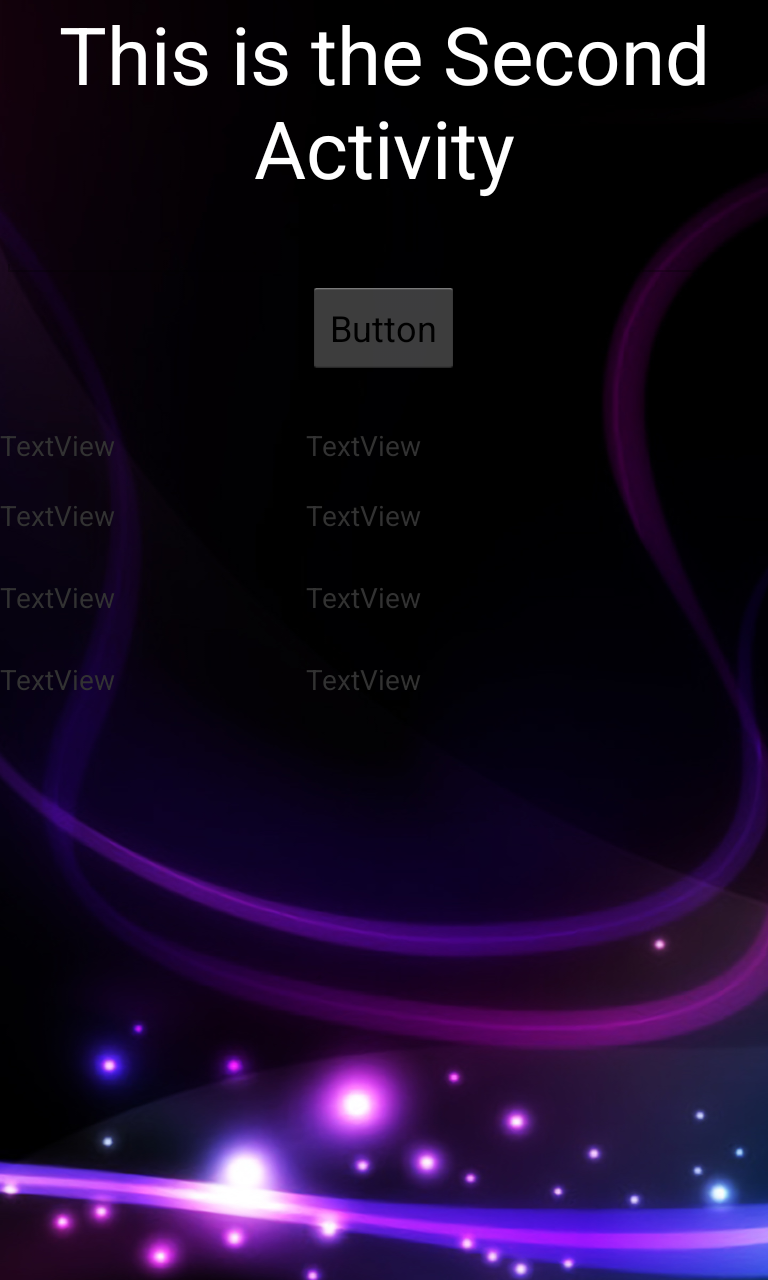
Repository: fsoDannis/workspace
Layout: findIt_3/res/layout/second.xml
The author's editor kept a copy of each file at every save. The layout is drawn from the files as they stood at one save, then again after the next save.
It is drawn on a 768 x 1280 px phone screen (xhdpi) without system bars, with theme AppTheme; the app's code is not run.

Above is the layout before, as saved 2013-02-01 03:28:44.

After the next save:
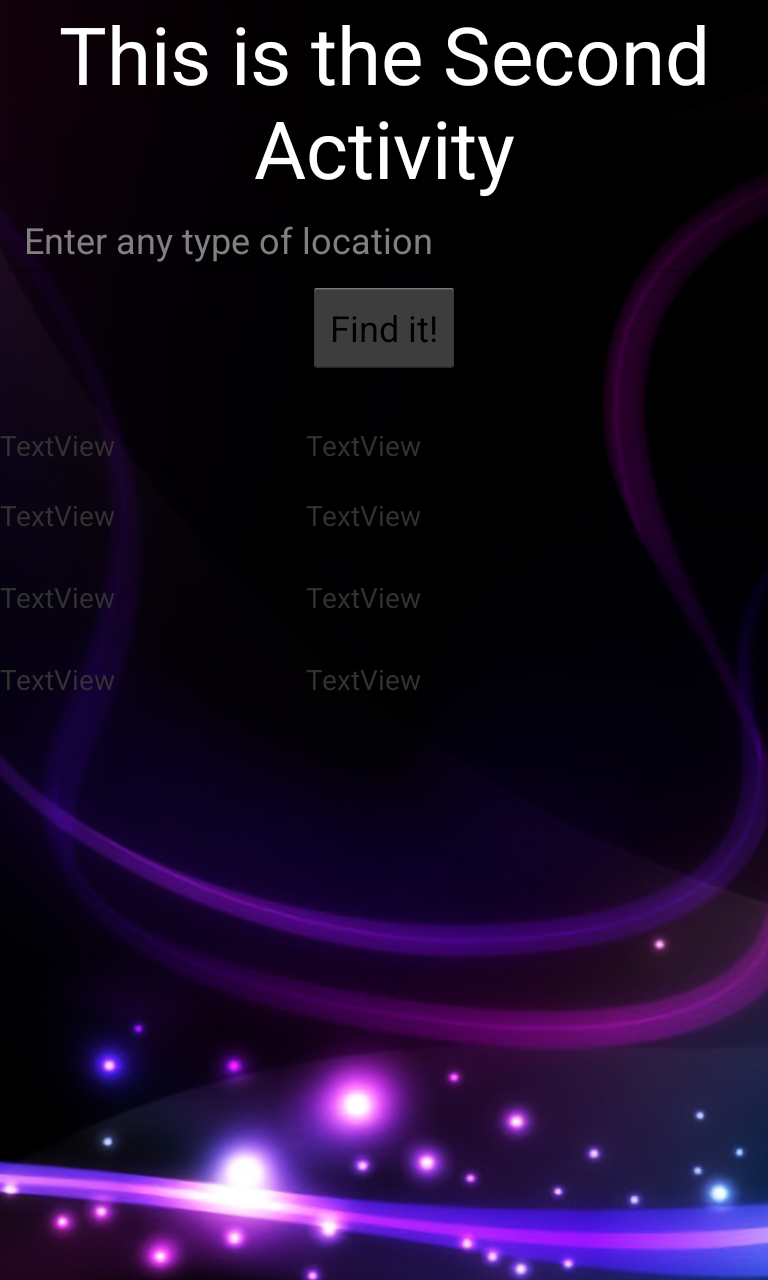
Saved 78 s later.
--- a/findIt_3/res/layout/second.xml
+++ b/findIt_3/res/layout/second.xml
@@ -20,7 +20,8 @@
         android:layout_height="wrap_content"
         android:layout_alignParentLeft="true"
         android:layout_below="@+id/textView1"
-        android:ems="10" />
+        android:ems="10"
+        android:hint="Enter any type of location" />
 
     <Button
         android:id="@+id/button1"
@@ -28,7 +29,7 @@
         android:layout_height="wrap_content"
         android:layout_below="@+id/editText1"
         android:layout_centerHorizontal="true"
-        android:text="Button" />
+        android:text="Find it!" />
 
     <TextView
         android:id="@+id/textView2"
